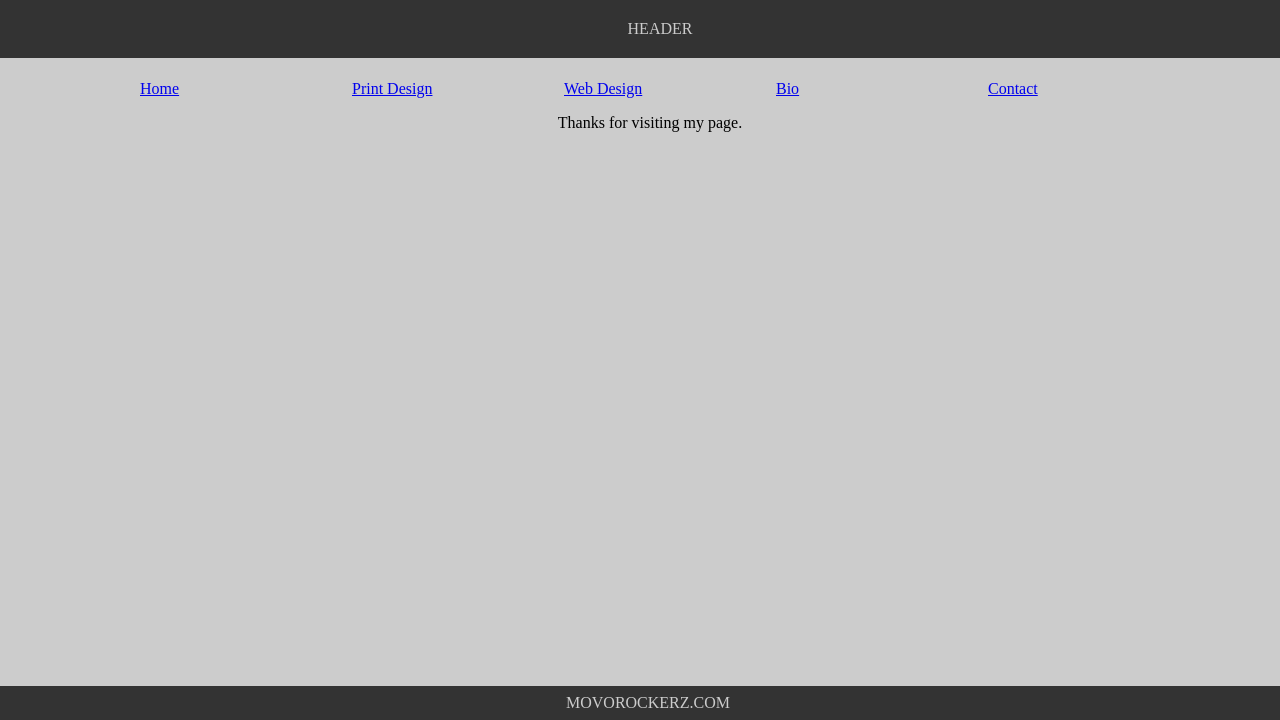
Repository: movitkr/testjava
Page: http://localhost/jsp/
An editor plug-in stored every save of this project. The page is shown before and after the next save, followed by the edit.
The browser window is 1280 px wide. The pictures show the whole page.
The page is served by Tomcat 9.

Above is the page before, as saved 2016-02-05 07:38:32.

### jsp/WebContent/main.jsp
<%@ page language="java" contentType="text/html; charset=UTF-8"
    pageEncoding="UTF-8"%>
<!DOCTYPE html PUBLIC "-//W3C//DTD HTML 4.01 Transitional//EN" "http://www.w3.org/TR/html4/loose.dtd">
<html>
<head>
<meta http-equiv="Content-Type" content="text/html; charset=UTF-8">
<title>Insert title here</title>
</head>
<link rel="stylesheet" type="text/css" href="a.css">
</head>
<%@ include file="header.jsp" %>
<%@ include file="nav.jsp" %>
<%@ include file="footer.jsp" %>
<body>

<center>
<p>Thanks for visiting my page.</p>
</center>

</body>
</html>

### jsp/WebContent/header.jsp
<%@ page language="java" contentType="text/html; charset=UTF-8"
    pageEncoding="UTF-8"%>
<!DOCTYPE html PUBLIC "-//W3C//DTD HTML 4.01 Transitional//EN" "http://www.w3.org/TR/html4/loose.dtd">
<html>
<head>
<link rel="stylesheet" type="text/css" href="a.css">
</head>
<fixedheader><center>HEADER</center></fixedheader>
</html>

### jsp/WebContent/nav.jsp
<%@ page language="java" contentType="text/html; charset=UTF-8"
    pageEncoding="UTF-8"%>
<!DOCTYPE html PUBLIC "-//W3C//DTD HTML 4.01 Transitional//EN" "http://www.w3.org/TR/html4/loose.dtd">
<html>
<head>
<link rel="stylesheet" type="text/css" href="a.css">
</head>
<nav>
  <ul>
    <li>
       <a href="#">Home</a>
    </li>
    <li>
      <a href="#">Print Design</a>
    </li>
    <li>
      <a href="#">Web Design</a>
    </li>
    <li>
      <a href="#">Bio</a>
    </li>
    <li>
      <a href="#">Contact</a>
    </li>
  </ul>
</nav>
<body>
</body>
</html>

### jsp/WebContent/footer.jsp
<%@ page language="java" contentType="text/html; charset=UTF-8"
    pageEncoding="UTF-8"%>
<!DOCTYPE html PUBLIC "-//W3C//DTD HTML 4.01 Transitional//EN" "http://www.w3.org/TR/html4/loose.dtd">
<html>
<head>
<link rel="stylesheet" type="text/css" href="a.css">
</head>

<fixedfooter><center>MOVOROCKERZ.COM</center></fixedfooter>

</html>

### jsp/WebContent/a.css
@CHARSET "UTF-8";

body {
	background-color: #CCC;
	margin:80px 80px 100px 100px;
}
fixedheader {
	position:fixed;
	top:0px;
	left:0px;
	width:100%;
	color:#CCC;
	background:#333;
	padding:20px;
}
fixedfooter {
	position:fixed;
	bottom:0px;
	left:0px;
	width:100%;
	color:#CCC;
	background:#333;
	padding:8px;
}
nav {

  width: 100%;

  margin: 0 auto; }

nav ul {

  list-style: none;

  overflow: hidden; }

nav ul li {

  float: left;

  width: 20%; }

nav ul li input{

  text-align: center;

  padding: 8px 0;

  display: block;

  width: 100%;

  background: #cdeb8e; /* Old browsers */

  background: -moz-linear-gradient(top, #cdeb8e 0%, #b0ca34 100%); /* FF3.6+ */

  background: -webkit-gradient(linear, left top, left bottom, color-stop(0%,#cdeb8e), color-stop(100%,#b0ca34)); /* Chrome,Safari4+ */

  background: -webkit-linear-gradient(top, #cdeb8e 0%,#b0ca34 100%); /* Chrome10+,Safari5.1+ */

  background: -o-linear-gradient(top, #cdeb8e 0%,#b0ca34 100%); /* Opera 11.10+ */

  background: linear-gradient(to bottom, #cdeb8e 0%,#b0ca34 100%); /* W3C, IE10+ */

  filter: progid:DXImageTransform.Microsoft.gradient( startColorstr='#cdeb8e', endColorstr='#b0ca34',GradientType=0 ); /* IE6-9 */

  endColorstr='#b0ca34',GradientType=0 ); /* IE6-9 */

}

nav ul li input,

nav ul li input:focus,

nav ul li input:visited,

nav ul li input:hover,

nav ul li input:active {

  color: #000;

  text-decoration: none; }

nav ul li input:hover,

nav ul li input:active {

  background: #b0ca34; /* Old browsers */

  background: -moz-linear-gradient(top, #b0ca34 0%, #96c40d 100%); /* FF3.6+ */

  background: -webkit-gradient(linear, left top, left bottom, color-stop(0%,#b0ca34), color-stop(100%,#96c40d)); /* Chrome,Safari4+ */

  background: -webkit-linear-gradient(top, #b0ca34 0%,#96c40d 100%); /* Chrome10+,Safari5.1+ */

  background: -o-linear-gradient(top, #b0ca34 0%,#96c40d 100%); /* Opera 11.10+ */

  background: linear-gradient(to bottom, #b0ca34 0%,#96c40d 100%); /* W3C, IE10+ */

  filter: progid:DXImageTransform.Microsoft.gradient( startColorstr='#b0ca34', endColorstr='#96c40d',GradientType=0 ); /* IE6-9 */

}

nav ul li:first-child input {

  border-top-left-radius: 8px;

  border-bottom-left-radius: 8px; }

nav ul li:last-child input {

  border-top-right-radius: 8px;

  border-bottom-right-radius: 8px; }

After the next save:
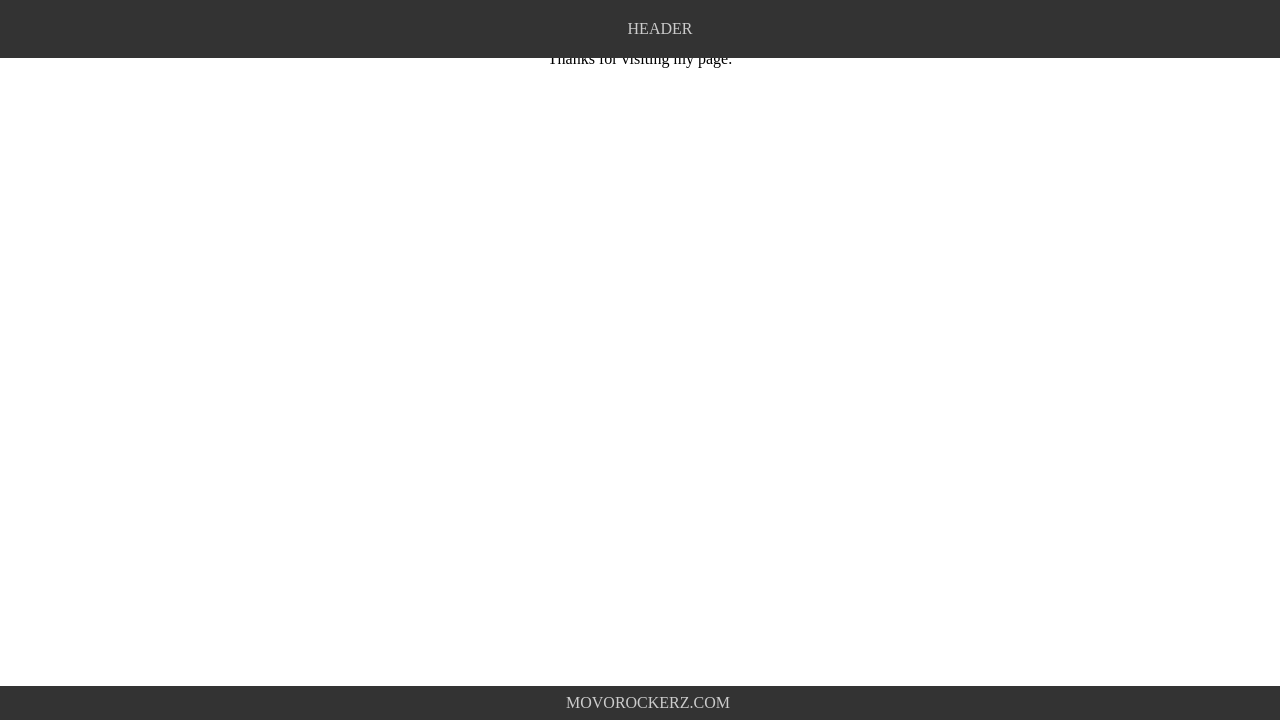
Saved 2 min 19 s later.
--- a/jsp/WebContent/a.css
+++ b/jsp/WebContent/a.css
@@ -1,9 +1,6 @@
 @CHARSET "UTF-8";
 
-body {
-	background-color: #CCC;
-	margin:80px 80px 100px 100px;
-}
+
 fixedheader {
 	position:fixed;
 	top:0px;

After the save that followed:
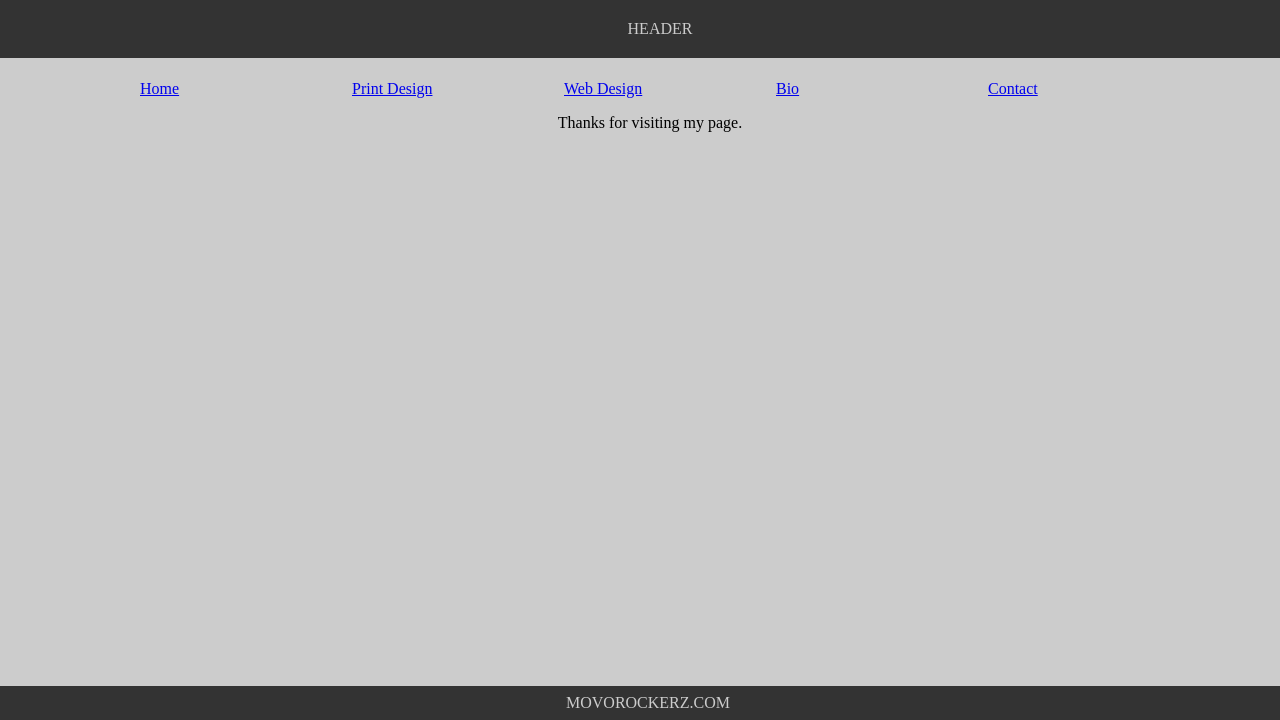
Saved 38 s later.
--- a/jsp/WebContent/a.css
+++ b/jsp/WebContent/a.css
@@ -1,6 +1,9 @@
 @CHARSET "UTF-8";
 
-
+body {
+	background-color: #CCC;
+	margin:80px 80px 100px 100px;
+}
 fixedheader {
 	position:fixed;
 	top:0px;
